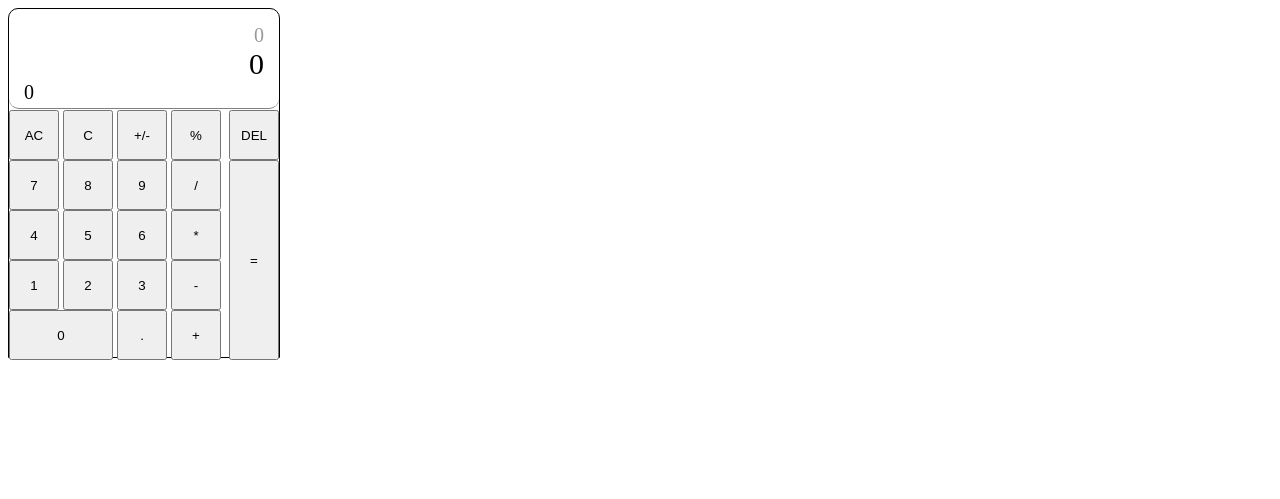
Repository: baziz22/Vanilla_JS_Projects
Page: claculator/index.html
An editor plug-in stored every save of this project. The page is shown before and after the next save, followed by the edit.
The browser window is 1280 px wide. The pictures show the whole page.

Above is the page before, as saved 2022-03-02 03:27:31.
Console error: SyntaxError: Malformed arrow function parameter list

### claculator/index.html
<!DOCTYPE html>
<html lang="en">
  <head>
    <meta charset="UTF-8" />
    <meta http-equiv="X-UA-Compatible" content="IE=edge" />
    <meta name="viewport" content="width=device-width, initial-scale=1.0" />
    <link rel="stylesheet" href="style.css" />
    <script src="script.js" defer></script>
    <title>Calculator</title>
  </head>
  <body>
    <div class="container">
      <div class="wrapper">
        <div id="display">
          <div id="equation">0</div>
          <div id="total">0</div>
          <div id="temp-result">0</div>
        </div>
        <div id="buttons">
          <div id="left-side">
            <button class="btn" all-clear>AC</button>
          <button class="btn" last-entity-clear>C</button>
          <button class="btn" operation>+/-</button>
          <button class="btn" operation>%</button>
          <button class="btn" number>7</button>
          <button class="btn" number>8</button>
          <button class="btn" number>9</button>
          <button class="btn" operation>/</button>
          <button class="btn" number>4</button>
          <button class="btn" number>5</button>
          <button class="btn" number>6</button>
          <button classs="btn" operation>*</button>
          <button class="btn" number>1</button>
          <button class="btn" number>2</button>
          <button class="btn" number>3</button>
          <button class="btn" operation">-</button>
          <button class="btn" number id="btn-0">0</button>
          <button class="btn" number dot>.</button>
          <button class="btn" operation>+</button>
          </div>

          <div id="right-side">
            <button class="btn" operation>DEL</button>
            <button class="btn" equal id="equals">=</button>
          </div>












        </div>
      </div>
    </div>
  </body>
</html>

### claculator/style.css
* {
  box-sizing: border-box;
}
.wrapper {
  border: 1px solid black;
  border-top-right-radius: 10px;
  border-top-left-radius: 10px;
  width: 272px;
  height: 350px;
}
#buttons {
  margin-top: 1px;
  display: flex;
}
/* #left-side {
  align-items: left;
}
#right-side {
  align-items: right;
} */
button {
  width: 50px;
  height: 50px;
}
#equals {
  height: 200px;
}
#btn-0 {
  width: 104px;
}
#display {
  padding: 15px;
  width: 270px;
  height: 100px;
  text-align: right;
  border-bottom: 1px solid gray;
  border-radius: 10px;
}
#equation {
  opacity: 0.4;
  font-size: 20px;
  /* overflow: hidden; */
}
#total {
  font-size: 30px;
}
#temp-result {
  font-size: 20px;
  text-align: left;
}

### claculator/script.js
const output = document.getElementById('output');
const total = document.getElementById('total');
const reset = document.getElementById('ac');
const btn = document.querySelectorAll('.btn');
const operants = ['=', '+', '-', '*', '/'];
const equalOperation = '=';
function clear() {}
function digitDelete() {}
const operantValue = function (arg, operant) {
  let theOperant = '';
  //console.log('args: ', arg);
  operant.forEach((element, i) => {
    //console.log(i + '. ' + element);
    //console.log('opernat: ', operant);
    if (operant[i] === arg[0]) {
      console.log('this is the operant', operant[i]);
      theOperant = operant[i];
    }
  });
  return theOperant;
};

function appendNumber(d) {
  let digits = [];
  let saveOperants = [];
  let saveDigits = [];
  let outputContents = '';
  console.log('print: ', d);
  if (d.value !== equalOperation) {
    digits.push(d.value);
    let g = operantValue(digits, operants);
    console.log('g: ', g);
    //console.log('digits: ', digits);
    output.innerHTML += digits;
    if (d.value !== g) {
      outputContents += output.textContent;
      console.log(outputContents);
      //saveOutputDigit = outputContents;
      //console.log('s: ',saveOutputDigit);
      out = outputContents.concat();
      console.log('out: ', out);
    }
    if (d.value === g) {
      outputContents = '';
      //saveOutputDigit = '';
      saveOperants.push(g);
      saveDigits.push(Number(out));
      console.log('2. OutputContents: ', out);
      console.log('saveDigits: ', saveDigits);
      //reset outputContent\
      console.log('saveOperants: ', saveOperants);
      //operantValue(digits, operants);
    }
  } else {
    compute();
  }
}
function chooseOperation(operation) {}
function compute() {
  console.log('Final Result');
}
function updateDisplay() {}
let out = '';
let saveOutputDigit = '';


  btn.forEach(element => {
    element.addEventListener('click', appendNumber(element) => {element.value});
  });

After the next save:
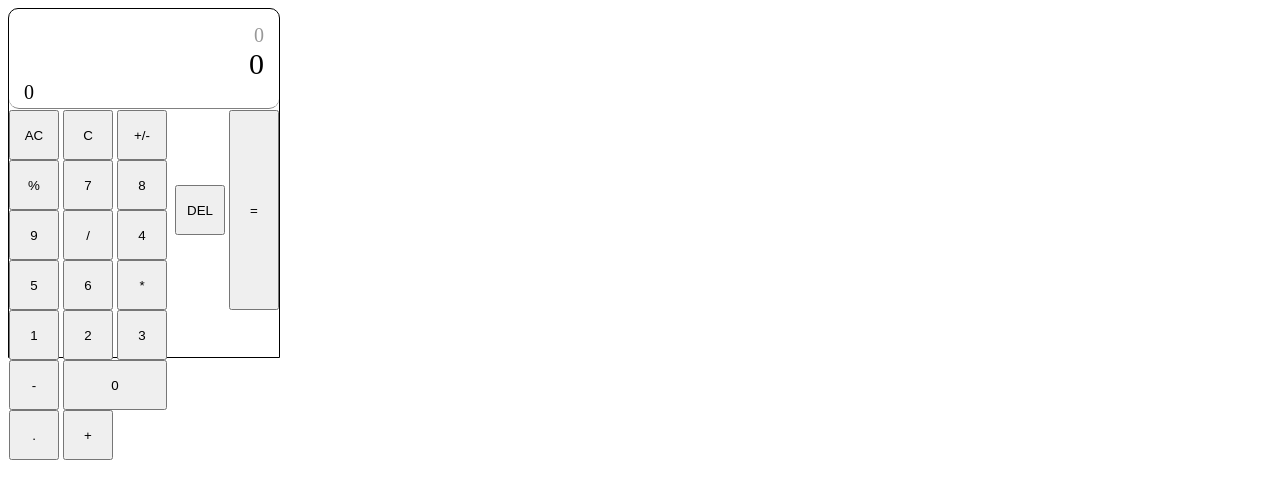
Saved 39 s later.
--- a/claculator/style.css
+++ b/claculator/style.css
@@ -12,12 +12,13 @@
   margin-top: 1px;
   display: flex;
 }
-/* #left-side {
+#left-side {
   align-items: left;
+  flex: 4;
 }
 #right-side {
   align-items: right;
-} */
+}
 button {
   width: 50px;
   height: 50px;
